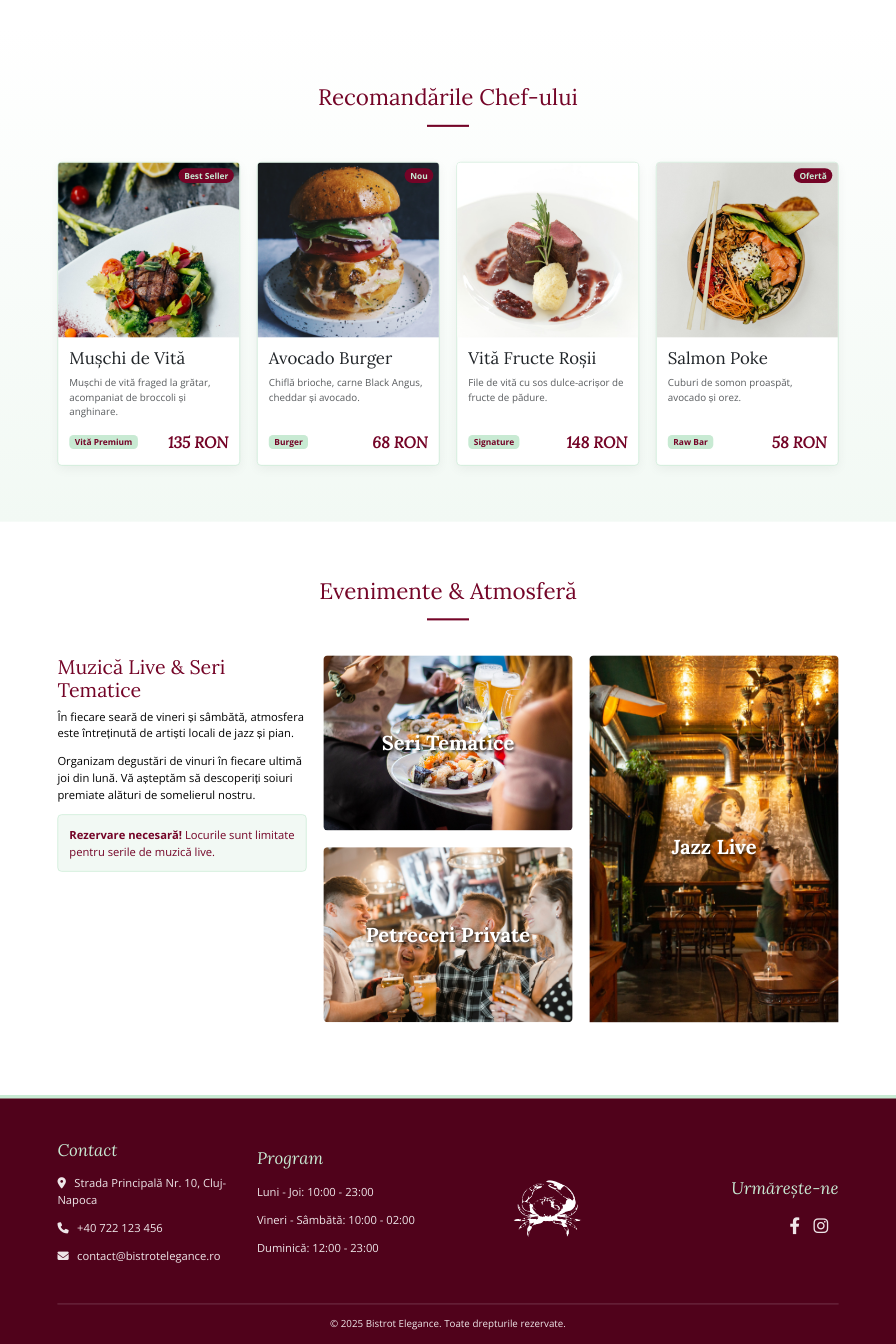
Repository: 912-Comsa-Teodora/bistrot-restaurant
Page: restaurant/index.html
The author's editor kept a copy of each file at every save. The page is drawn from the files as they stood at one save, then again after the next save.
The browser window is 1280 px wide. The pictures show the part of the page from y = 1176 to 3096 px (the page is 3096 px tall), at 70% of full size.
A picture or video elsewhere on the page could not be fetched, so the positions and the page height are approximate.

Above is the page before, as saved 2026-01-18 16:42:38.

After the next save:
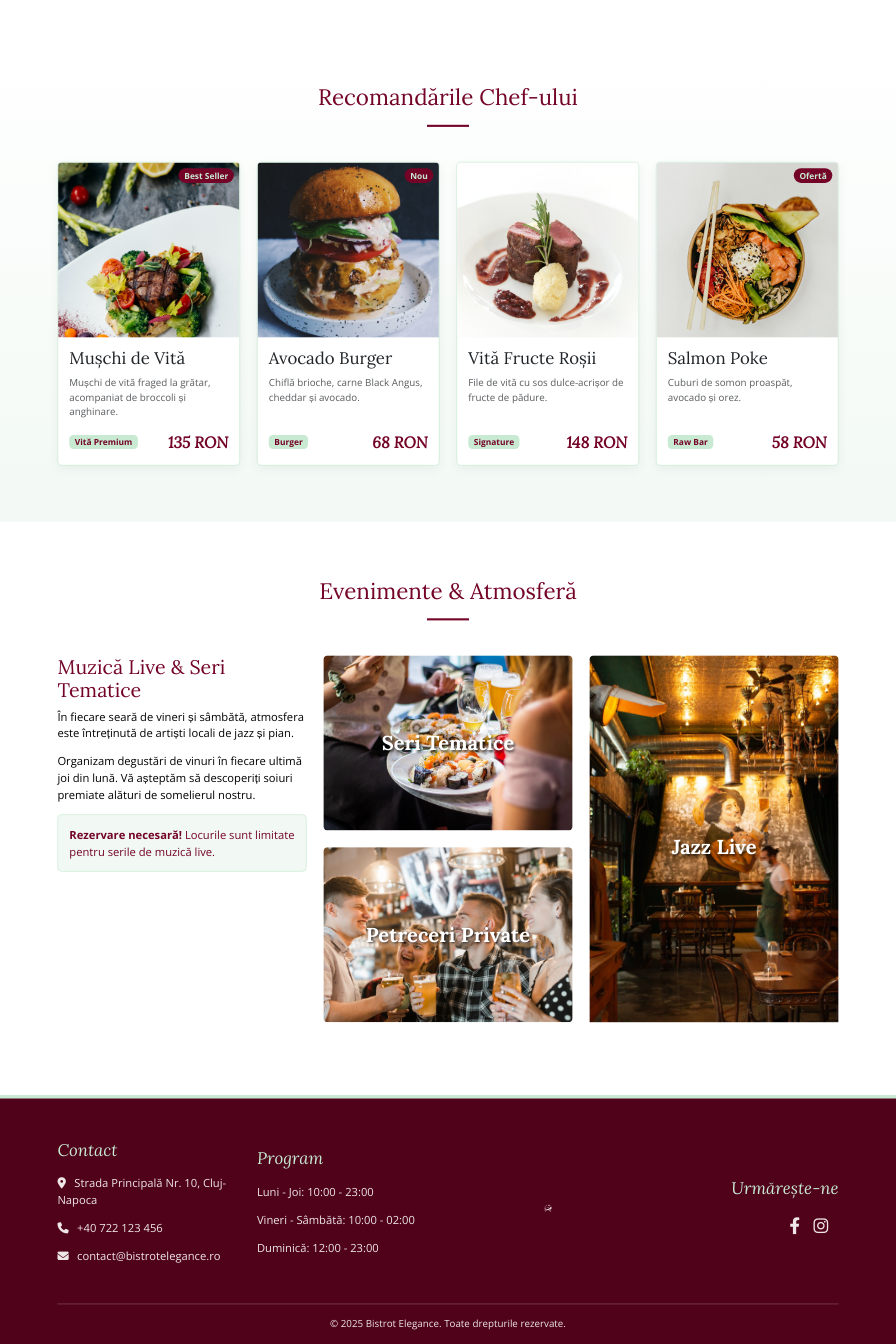
Saved 20 s later.
--- a/restaurant/index.html
+++ b/restaurant/index.html
@@ -230,8 +230,8 @@
 
         /* New class for footer logo */
         .footer-logo {
-            max-height: 80px;
-            margin: 20px auto;
+            max-height: 10px;
+            margin: 40px auto;
             display: block;
         }
 
